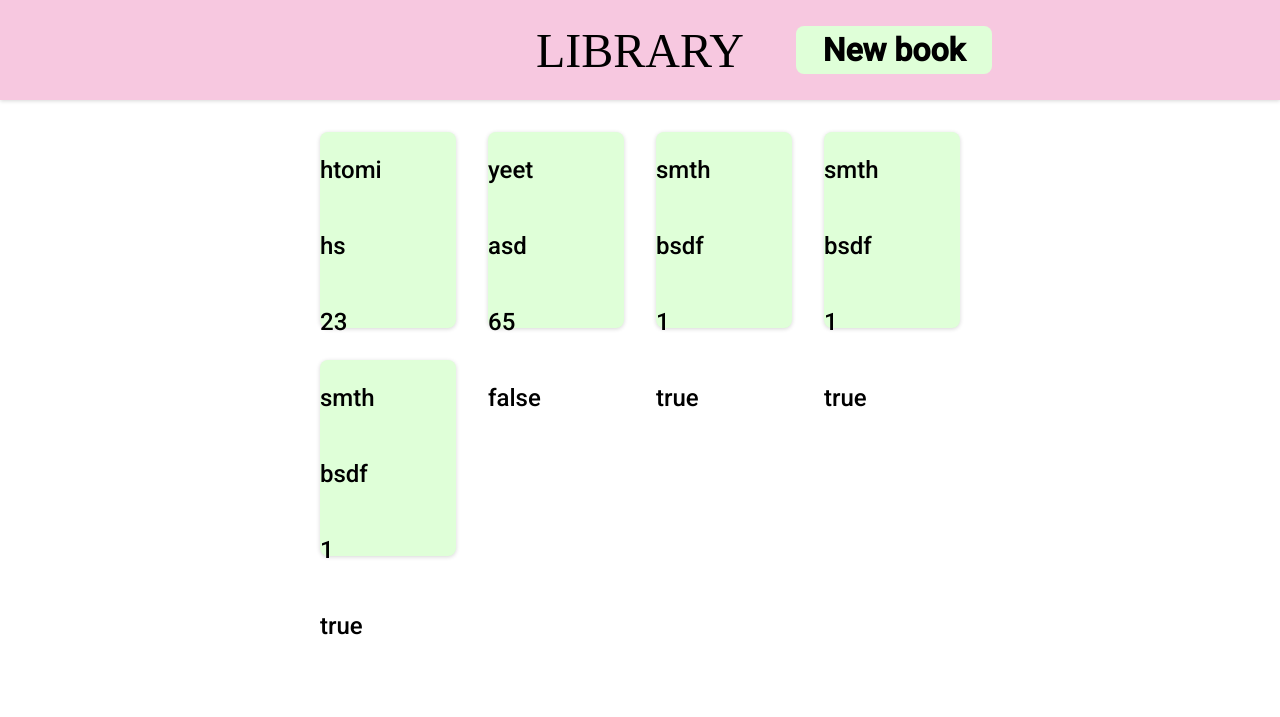
Repository: yeetzpxoci/library
Page: index.html
These files come from the project's save history. The page is drawn as it stood at one moment and after the next save; the edit follows.
The browser window is 1280 px wide. The pictures show the whole page.
Some web fonts or font styles are not loaded; a fallback is used.

Above is the page before, as saved 2023-02-21 15:40:12.

After the next save:
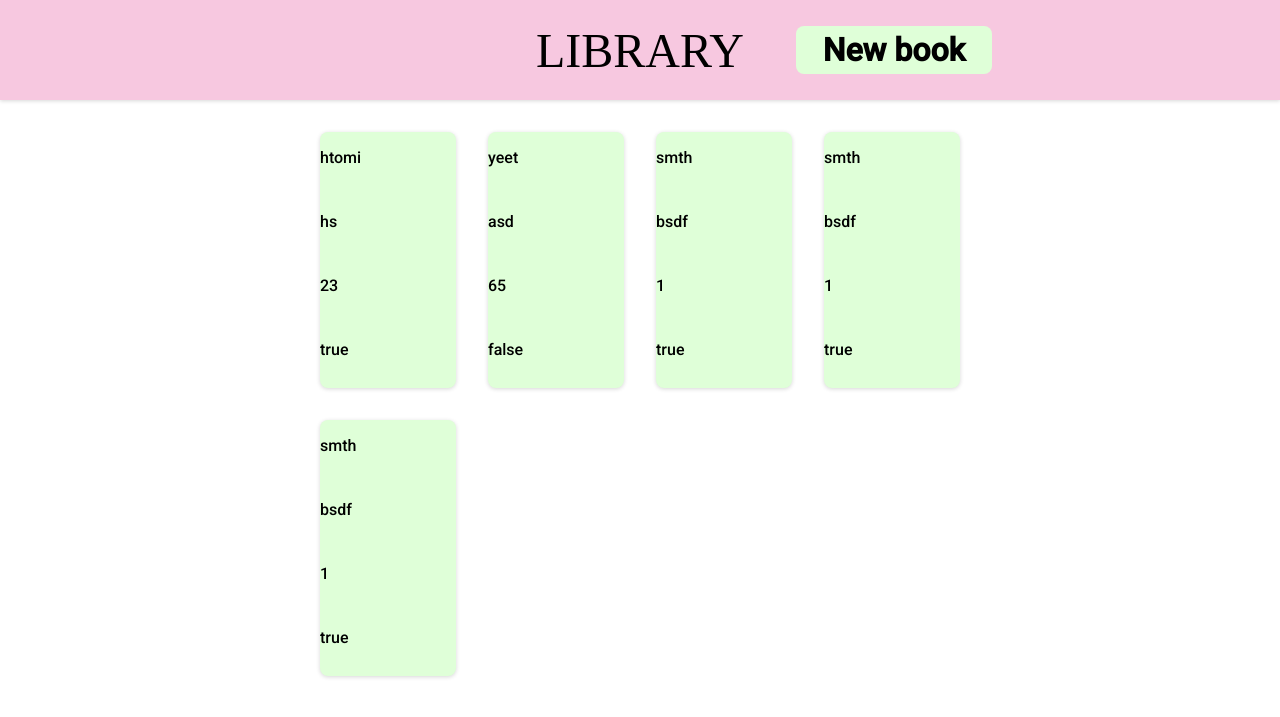
Saved 16 s later.
--- a/styles.css
+++ b/styles.css
@@ -49,7 +49,7 @@ body {
 
 .card {
     width: 100%;
-    height: 196px;
+    height: 256px;
     background-color: #DFFFD8;
     font-family: 'Roboto', sans-serif;
     border-radius: 8px;
@@ -61,9 +61,6 @@ body {
     grid-template-rows: 1fr 1fr 1fr 1fr;
 }
 
-.card p {
-    font-size: 24px;
-}
 
 form {
     display: none;
